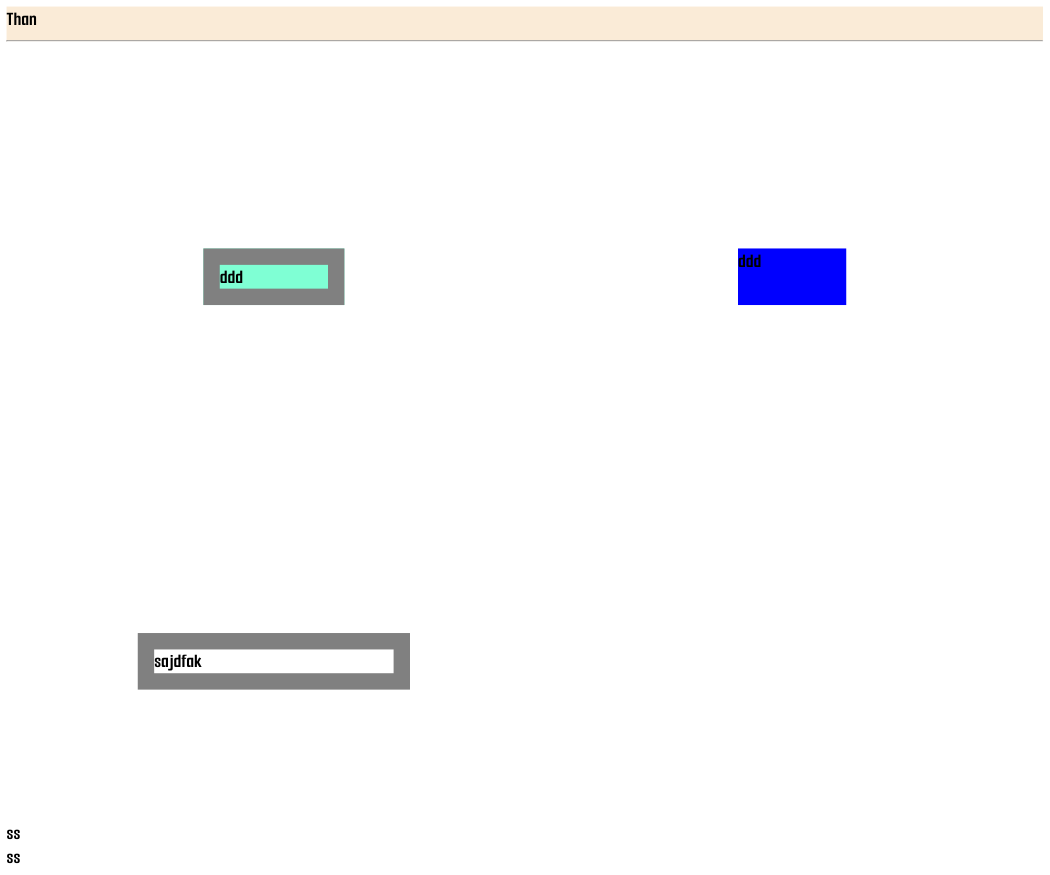
Repository: Than-dot/Than-dot
Page: index.html
These files come from the project's save history. The page is drawn as it stood at one moment and after the next save; the edit follows.
The browser window is 1280 px wide. The pictures show the whole page, at 82% of full size.

Above is the page before, as saved 2026-04-22 12:43:55.

### index.html
<!doctype html>
<html lang="en">
  <head>
    <meta charset="UTF-8" />
    <meta name="viewport" content="width=device-width, initial-scale=1.0" />
    <title>Than</title>
    <link rel="stylesheet" href="styles/global.css" />
    <link rel="stylesheet" href="styles/index.css" />
  </head>

  <body>
    <header>
      <nav>Than</nav>
      <hr />
    </header>
    <main class="container">
      <article class="f-art">ddd</article>
      <aside class = "f-asi">ddd</aside>
      <article class="stats">sajdfak</article>
    </main>
    <article>ss</article>
    <aside>ss</aside>
  </body>
</html>

### styles/global.css
@font-face {
  font-family: Smooch-Sans;
  src: url(/assets/font/Roboto,Smooch_Sans/Smooch_Sans/SmoochSans-VariableFont_wght.ttf);
}

body {
  font-family: Smooch-Sans, sans-serif;
  font-weight: bold;
  font-size: 1.5rem;
}

### styles/index.css
.container {
  display: grid;
  grid-template-columns: auto auto;
}

header {
  background-color: antiquewhite;
}

.f-art {
  background-color: aquamarine;
  margin: 15rem;
  border: 20px solid grey;
}

.f-asi {
  background-color: blue;
  margin: 15rem;
}

.stats {
  margin: 10rem;
  border: 20px solid grey;
}

After the next save:
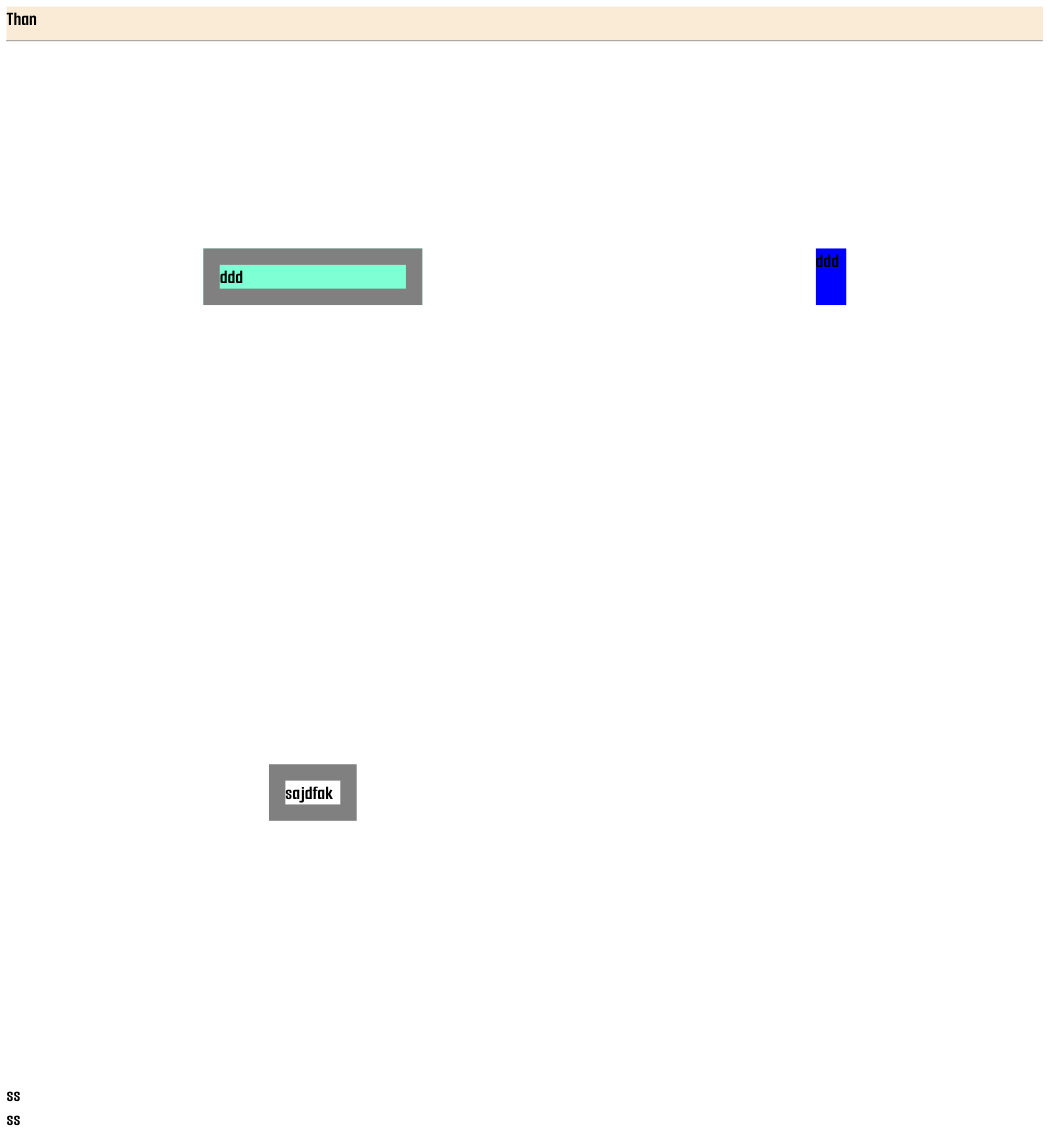
Saved 4 s later.
--- a/styles/index.css
+++ b/styles/index.css
@@ -19,6 +19,6 @@ header {
 }
 
 .stats {
-  margin: 10rem;
+  margin: 20rem;
   border: 20px solid grey;
 }
